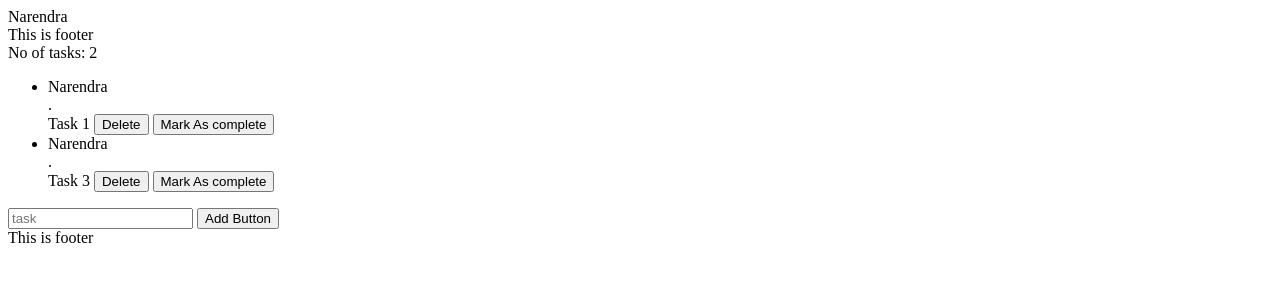
Repository: narendraiitm/jan-2023-term-live-session
Page: todo-vue/index.html
These files come from the project's save history. The page is drawn as it stood at one moment and after the next save; the edit follows.
The browser window is 1280 px wide. The pictures show the whole page.

Above is the page before, as saved 2023-02-16 17:52:14.

### todo-vue/index.html
<!DOCTYPE html>
<html lang="en">
  <head>
    <meta charset="UTF-8" />
    <meta http-equiv="X-UA-Compatible" content="IE=edge" />
    <meta name="viewport" content="width=device-width, initial-scale=1.0" />
    <title>Document</title>
    <style>
      .complete {
        color: red;
      }
    </style>
  </head>
  <body>
    <div id="app"></div>
    <script src="https://cdn.jsdelivr.net/npm/vue@2/dist/vue.js"></script>
    <script src="./app.js" type="module"></script>
  </body>
</html>

### todo-vue/app.js
import Footer from './Components/Footer.js'
import Task from './Components/Task.js'

Vue.component('Header', {
  template: `<div> {{name}}
  <Footer />
  </div>`,
  data() {
    return {
      name: 'Narendra',
    }
  },
  components: {
    Footer: Footer,
  },
})

new Vue({
  // options object
  el: '#app',
  template: `<div>
  <Header />
  <div> No of tasks: {{noOfTasks}} </div>
  <ul>

    <li v-for='(task, index) in tasks'>
        <Task childTask=task name='Narendra' />
        <span :class='{complete: task.complete}'>{{task.name}}</span>
        <button @click='deleteTask(index)'> Delete</button>
        <button @click='markAsComplete(index)'> Mark As complete</button>
    </li>
  </ul>
  <input placeholder='task' v-model='currentTask' />
  <button @click='addTask()'> Add Button </button>
  <Footer />
  </div>`,
  data: {
    currentTask: null,
    tasks: [
      { name: 'Task 1', complete: false },
      { name: 'Task 3', complete: false },
    ],
  },
  components: {
    Footer,
    Task,
  },
  methods: {
    addTask() {
      this.tasks.push({ name: this.currentTask })
    },
    deleteTask(index) {
      this.tasks.splice(index, 1)
    },
    markAsComplete(index) {
      this.tasks[index].complete = true
    },
  },
  computed: {
    noOfTasks() {
      return this.tasks.length
    },
  },
  watch: {
    currentTask(newVal, oldVal) {
      if (newVal.length > 5) {
        alert('Length of the task cannot be more then 5')
      }
    },
  },
})

### todo-vue/Components/Footer.js
export default {
  template: `<div> This is footer </div>`,
}

### todo-vue/Components/Task.js
export default {
  template: `<div>
    <span>{{childTask.name}}</span>
    <div> {{name}} </div>.
    </div>`,
  props: ['childTask', 'name'],
}

After the next save:
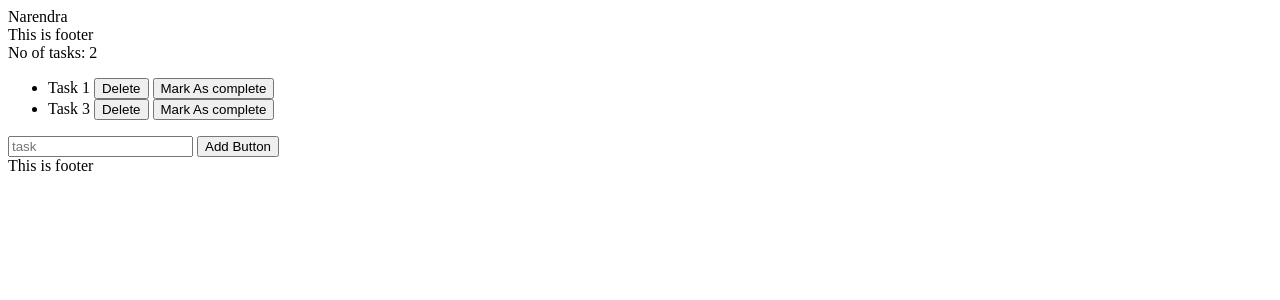
Saved 24 s later.
--- a/todo-vue/app.js
+++ b/todo-vue/app.js
@@ -24,7 +24,7 @@
   <ul>
 
     <li v-for='(task, index) in tasks'>
-        <Task childTask=task name='Narendra' />
+        <Task  name='Narendra' />
         <span :class='{complete: task.complete}'>{{task.name}}</span>
         <button @click='deleteTask(index)'> Delete</button>
         <button @click='markAsComplete(index)'> Mark As complete</button>

After the save that followed:
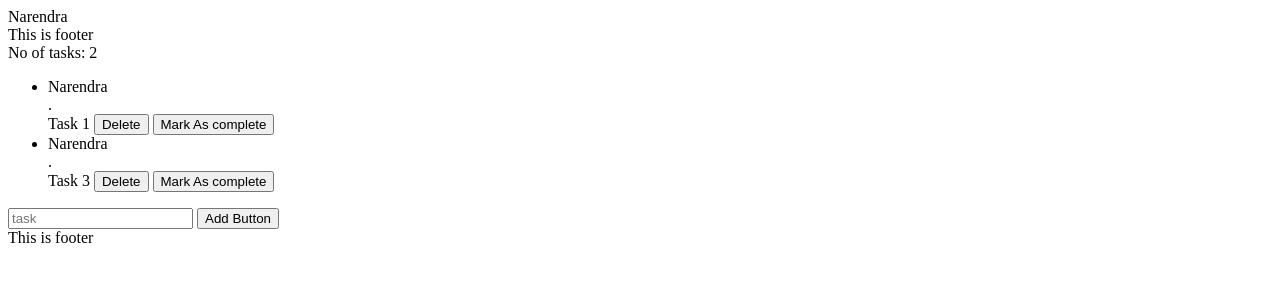
Saved 8 s later.
--- a/todo-vue/app.js
+++ b/todo-vue/app.js
@@ -24,7 +24,7 @@
   <ul>
 
     <li v-for='(task, index) in tasks'>
-        <Task  name='Narendra' />
+        <Task childTask=task name='Narendra' />
         <span :class='{complete: task.complete}'>{{task.name}}</span>
         <button @click='deleteTask(index)'> Delete</button>
         <button @click='markAsComplete(index)'> Mark As complete</button>
